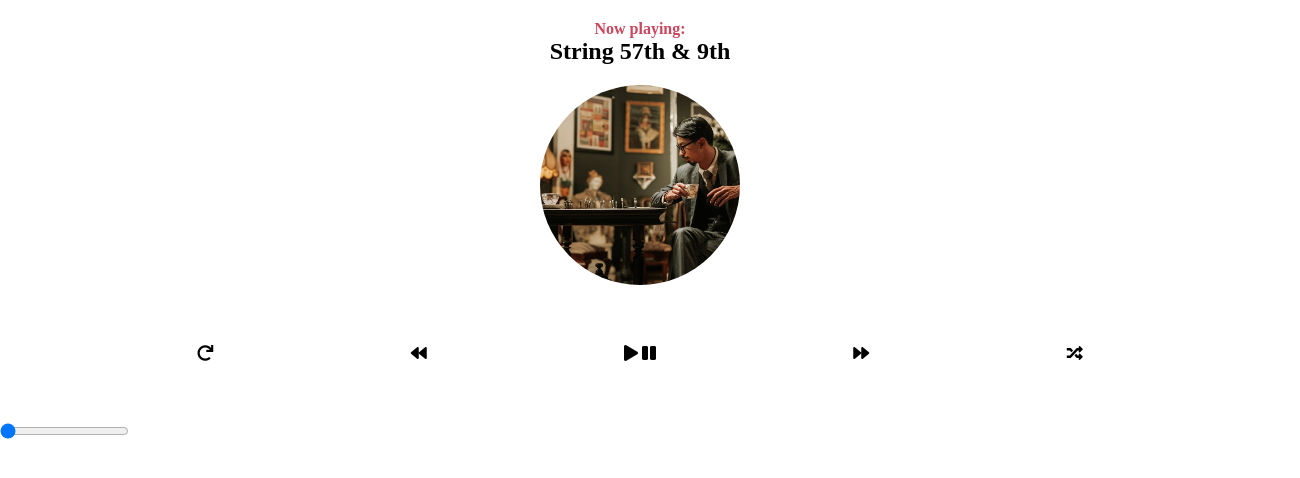
Repository: dovanthao2404/AppMusicPlayer
Page: index.html
These files come from the project's save history. The page is drawn as it stood at one moment and after the next save; the edit follows.
The browser window is 1280 px wide. The page is 1280 px wide, then 1300 px, so the pictures cover 1300 px, including what lies to the right of the window. The pictures show the whole page.

Above is the page before, as saved 2021-06-28 02:08:18.

After the next save:
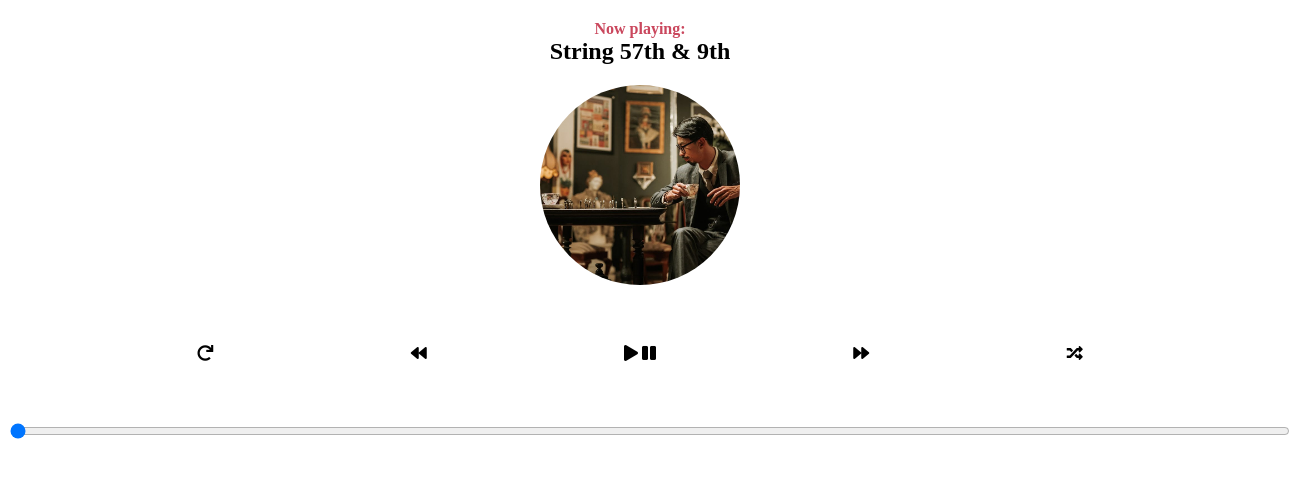
Saved 51 s later.
--- a/css/app.css
+++ b/css/app.css
@@ -30,3 +30,7 @@ header h4 {
   justify-content: space-evenly;
   margin: 60px 0;
 }
+.progress {
+  width: 100%;
+  margin: 0 10px;
+}
